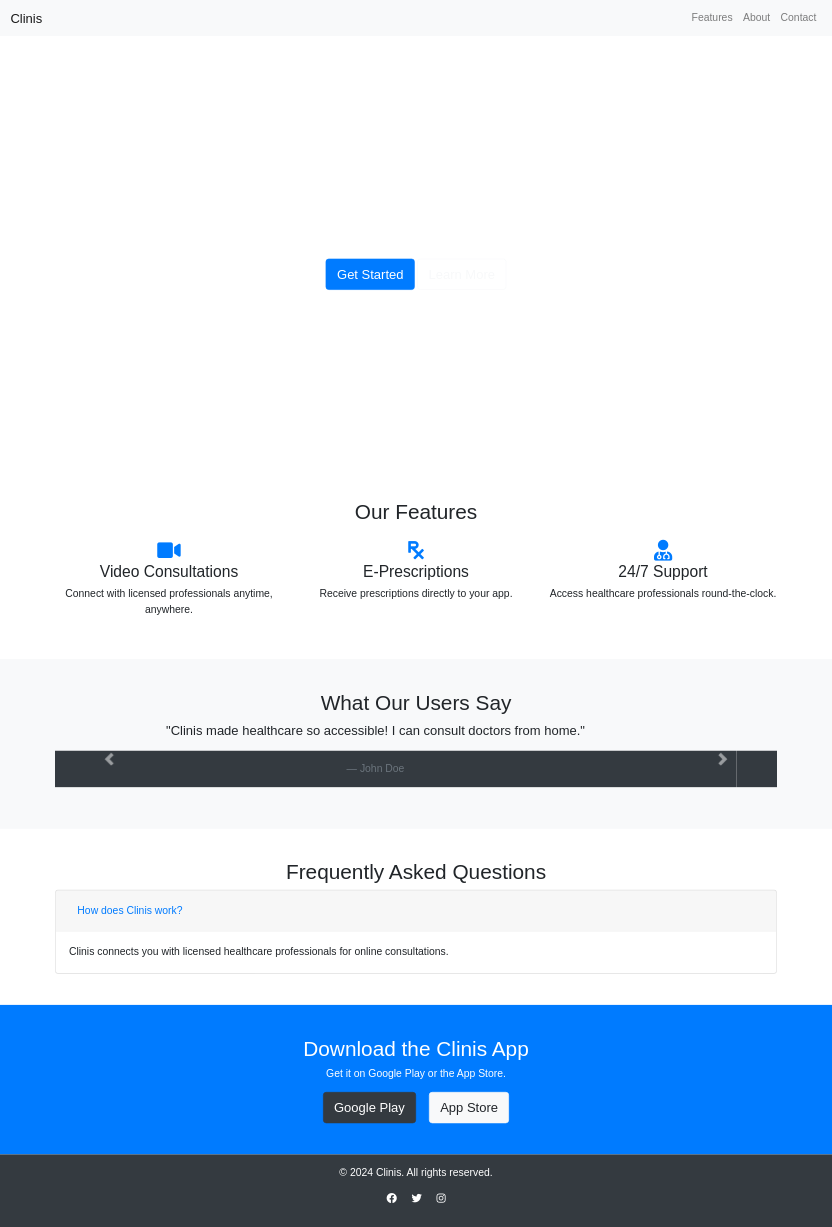
Repository: Rupak09/demo1
Page: index.html
These files come from the project's save history. The page is drawn as it stood at one moment and after the next save; the edit follows.
The browser window is 1280 px wide. The pictures show the whole page, at 65% of full size.

Above is the page before, as saved 2024-12-28 14:43:08.
Not found: hero-image.jpg

### index.html
<!DOCTYPE html>
<html lang="en">

<head>
    <meta charset="UTF-8">
    <meta name="viewport" content="width=device-width, initial-scale=1.0">
    <meta name="description" content="Clinis - Telemedical consultation made easy and accessible.">
    <meta property="og:title" content="Clinis - Your Health, Our Priority">
    <meta property="og:description" content="Experience seamless healthcare with Clinis.">
    <meta property="og:image" content="your-image-link.jpg">
    <meta property="og:url" content="https://yourwebsite.com">
    <title>Clinis - Telemedical Consultation</title>
    <link href="https://cdnjs.cloudflare.com/ajax/libs/font-awesome/5.15.4/css/all.min.css" rel="stylesheet">
    <link href="https://stackpath.bootstrapcdn.com/bootstrap/4.5.2/css/bootstrap.min.css" rel="stylesheet">
    <style>
        body {
            font-family: Arial, sans-serif;
        }

        #hero {
            background: url('hero-image.jpg') no-repeat center center/cover;
            color: white;
            height: 100vh;
            display: flex;
            justify-content: center;
            align-items: center;
            text-align: center;
        }

        #hero h1 {
            font-size: 4rem;
        }

        #features .icon {
            font-size: 2rem;
            color: #007bff;
        }

        footer {
            background: #343a40;
            color: white;
            padding: 1rem 0;
            text-align: center;
        }

        footer ul {
            list-style: none;
            padding: 0;
        }

        footer ul li {
            display: inline;
            margin: 0 10px;
        }

        footer ul li a {
            color: white;
            text-decoration: none;
        }
    </style>
</head>

<body>
    <!-- Navbar -->
    <nav class="navbar navbar-expand-lg navbar-light bg-light fixed-top">
        <a class="navbar-brand" href="#">Clinis</a>
        <button class="navbar-toggler" type="button" data-toggle="collapse" data-target="#navbarNav">
            <span class="navbar-toggler-icon"></span>
        </button>
        <div class="collapse navbar-collapse" id="navbarNav">
            <ul class="navbar-nav ml-auto">
                <li class="nav-item"><a class="nav-link" href="#features">Features</a></li>
                <li class="nav-item"><a class="nav-link" href="#about">About</a></li>
                <li class="nav-item"><a class="nav-link" href="#contact">Contact</a></li>
            </ul>
        </div>
    </nav>

    <!-- Hero Section -->
    <section id="hero">
        <div class="container">
            <h1>Clinis - Your Health, Our Priority</h1>
            <p>Experience seamless healthcare from the comfort of your home.</p>
            <a href="#download" class="btn btn-primary btn-lg">Get Started</a>
            <a href="#features" class="btn btn-outline-light btn-lg">Learn More</a>
        </div>
    </section>

    <!-- Features Section -->
    <section id="features" class="py-5">
        <div class="container text-center">
            <h2>Our Features</h2>
            <div class="row mt-4">
                <div class="col-md-4">
                    <i class="fas fa-video icon"></i>
                    <h4>Video Consultations</h4>
                    <p>Connect with licensed professionals anytime, anywhere.</p>
                </div>
                <div class="col-md-4">
                    <i class="fas fa-prescription icon"></i>
                    <h4>E-Prescriptions</h4>
                    <p>Receive prescriptions directly to your app.</p>
                </div>
                <div class="col-md-4">
                    <i class="fas fa-user-md icon"></i>
                    <h4>24/7 Support</h4>
                    <p>Access healthcare professionals round-the-clock.</p>
                </div>
            </div>
        </div>
    </section>

    <!-- Testimonials Section -->
    <section id="testimonials" class="py-5 bg-light">
        <div class="container">
            <h2 class="text-center">What Our Users Say</h2>
            <div class="carousel slide" id="testimonialCarousel" data-ride="carousel">
                <div class="carousel-inner">
                    <div class="carousel-item active">
                        <blockquote class="blockquote text-center">
                            <p>"Clinis made healthcare so accessible! I can consult doctors from home."</p>
                            <footer class="blockquote-footer">John Doe</footer>
                        </blockquote>
                    </div>
                    <div class="carousel-item">
                        <blockquote class="blockquote text-center">
                            <p>"Amazing app! The 24/7 support feature is a lifesaver."</p>
                            <footer class="blockquote-footer">Jane Smith</footer>
                        </blockquote>
                    </div>
                </div>
                <a class="carousel-control-prev" href="#testimonialCarousel" role="button" data-slide="prev">
                    <span class="carousel-control-prev-icon" aria-hidden="true"></span>
                </a>
                <a class="carousel-control-next" href="#testimonialCarousel" role="button" data-slide="next">
                    <span class="carousel-control-next-icon" aria-hidden="true"></span>
                </a>
            </div>
        </div>
    </section>

    <!-- FAQ Section -->
    <section id="faq" class="py-5">
        <div class="container">
            <h2 class="text-center">Frequently Asked Questions</h2>
            <div id="faqAccordion">
                <div class="card">
                    <div class="card-header" id="headingOne">
                        <h5 class="mb-0">
                            <button class="btn btn-link" data-toggle="collapse" data-target="#collapseOne">
                                How does Clinis work?
                            </button>
                        </h5>
                    </div>
                    <div id="collapseOne" class="collapse show" data-parent="#faqAccordion">
                        <div class="card-body">
                            Clinis connects you with licensed healthcare professionals for online consultations.
                        </div>
                    </div>
                </div>
            </div>
        </div>
    </section>

    <!-- Download Section -->
    <section id="download" class="py-5 text-center bg-primary text-white">
        <div class="container">
            <h2>Download the Clinis App</h2>
            <p>Get it on Google Play or the App Store.</p>
            <a href="#" class="btn btn-dark btn-lg mx-2">Google Play</a>
            <a href="#" class="btn btn-light btn-lg mx-2">App Store</a>
        </div>
    </section>

    <!-- Footer -->
    <footer>
        <div class="container">
            <p>&copy; 2024 Clinis. All rights reserved.</p>
            <ul class="list-inline">
                <li class="list-inline-item"><a href="#"><i class="fab fa-facebook"></i></a></li>
                <li class="list-inline-item"><a href="#"><i class="fab fa-twitter"></i></a></li>
                <li class="list-inline-item"><a href="#"><i class="fab fa-instagram"></i></a></li>
            </ul>
        </div>
    </footer>

    <script src="https://code.jquery.com/jquery-3.5.1.slim.min.js"></script>
    <script src="https://cdn.jsdelivr.net/npm/@popperjs/core@2.9.3/dist/umd/popper.min.js"></script>
    <script src="https://stackpath.bootstrapcdn.com/bootstrap/4.5.2/js/bootstrap.min.js"></script>
</body>

</html>

After the next save:
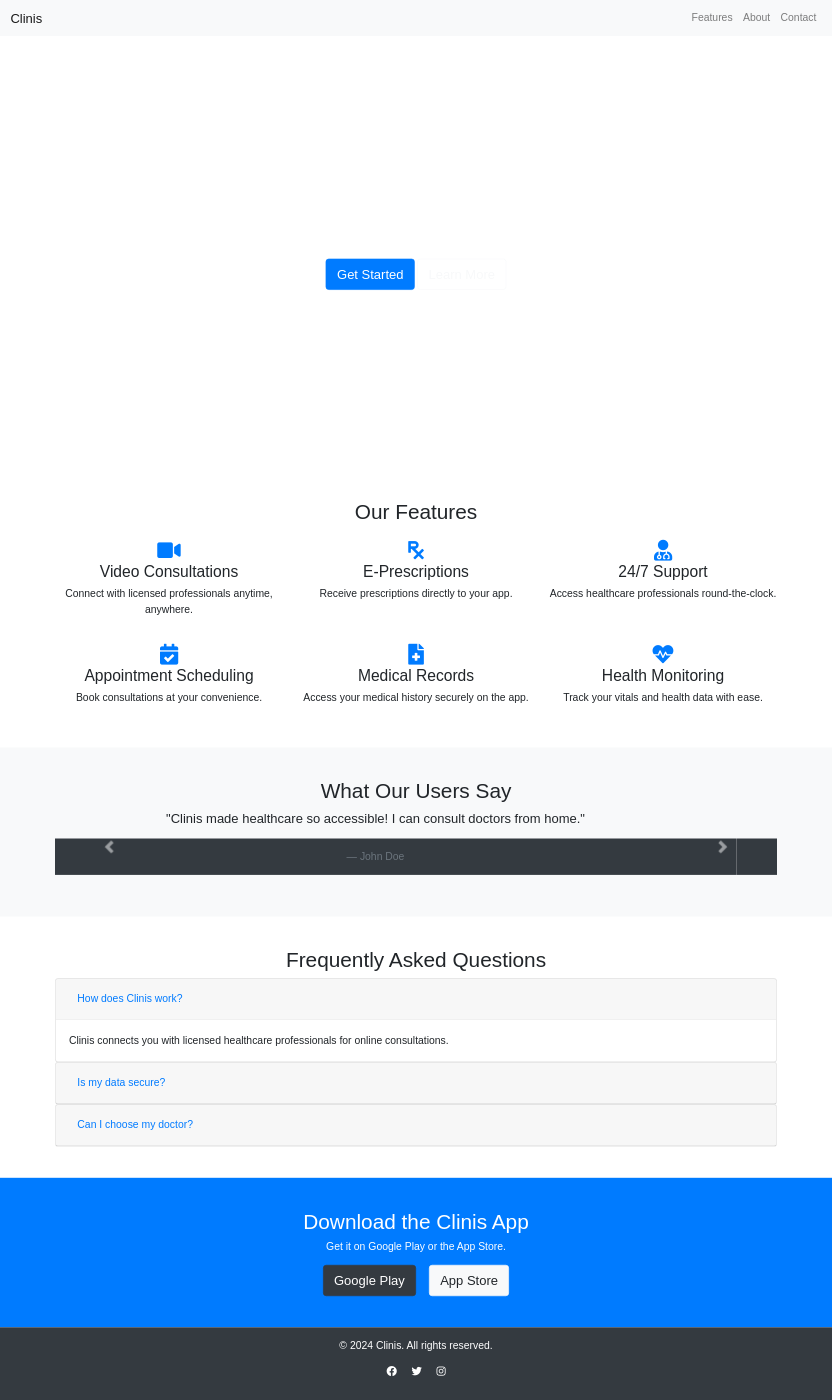
Saved 97 s later.
--- a/index.html
+++ b/index.html
@@ -106,6 +106,21 @@
                     <h4>24/7 Support</h4>
                     <p>Access healthcare professionals round-the-clock.</p>
                 </div>
+                <div class="col-md-4 mt-4">
+                    <i class="fas fa-calendar-check icon"></i>
+                    <h4>Appointment Scheduling</h4>
+                    <p>Book consultations at your convenience.</p>
+                </div>
+                <div class="col-md-4 mt-4">
+                    <i class="fas fa-file-medical icon"></i>
+                    <h4>Medical Records</h4>
+                    <p>Access your medical history securely on the app.</p>
+                </div>
+                <div class="col-md-4 mt-4">
+                    <i class="fas fa-heartbeat icon"></i>
+                    <h4>Health Monitoring</h4>
+                    <p>Track your vitals and health data with ease.</p>
+                </div>
             </div>
         </div>
     </section>
@@ -158,6 +173,34 @@
                         </div>
                     </div>
                 </div>
+                <div class="card">
+                    <div class="card-header" id="headingTwo">
+                        <h5 class="mb-0">
+                            <button class="btn btn-link" data-toggle="collapse" data-target="#collapseTwo">
+                                Is my data secure?
+                            </button>
+                        </h5>
+                    </div>
+                    <div id="collapseTwo" class="collapse" data-parent="#faqAccordion">
+                        <div class="card-body">
+                            Yes, Clinis employs end-to-end encryption to protect your data.
+                        </div>
+                    </div>
+                </div>
+                <div class="card">
+                    <div class="card-header" id="headingThree">
+                        <h5 class="mb-0">
+                            <button class="btn btn-link" data-toggle="collapse" data-target="#collapseThree">
+                                Can I choose my doctor?
+                            </button>
+                        </h5>
+                    </div>
+                    <div id="collapseThree" class="collapse" data-parent="#faqAccordion">
+                        <div class="card-body">
+                            Yes, you can select from a list of available professionals.
+                        </div>
+                    </div>
+                </div>
             </div>
         </div>
     </section>
